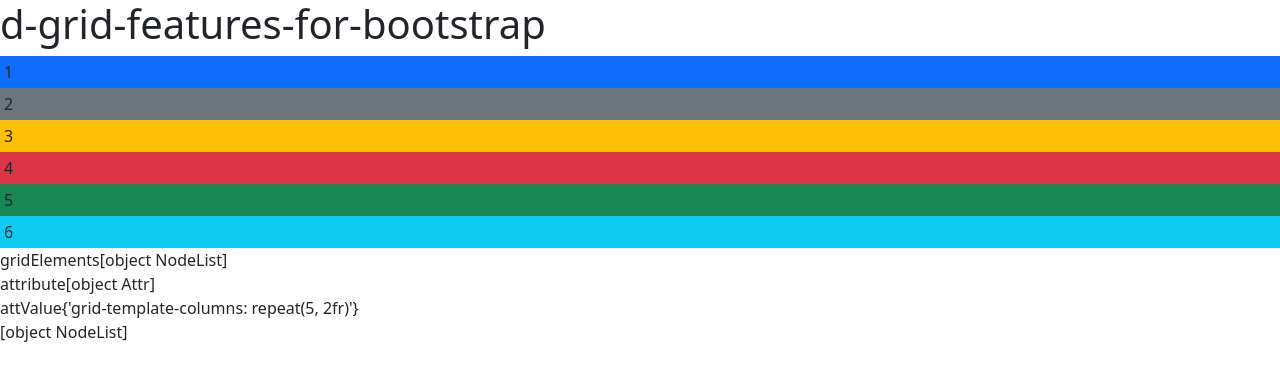
Repository: LynxPardelle/d-grid-features-for-bootstrap
Page: index.html
The author's editor kept a copy of each file at every save. The page is drawn from the files as they stood at one save, then again after the next save.
The browser window is 1280 px wide. The pictures show the whole page.

Above is the page before, as saved 2021-10-20 03:59:40.

### index.html
<!DOCTYPE html>
<html lang="en">
<head>
  <meta charset="UTF-8">
  <meta http-equiv="X-UA-Compatible" content="IE=edge">
  <meta name="viewport" content="width=device-width, initial-scale=1.0">
  <title>d-grid-features-for-bootstrap</title>
  <link href="https://cdn.jsdelivr.net/npm/bootstrap@5.1.3/dist/css/bootstrap.min.css" rel="stylesheet" integrity="sha384-1BmE4kWBq78iYhFldvKuhfTAU6auU8tT94WrHftjDbrCEXSU1oBoqyl2QvZ6jIW3" crossorigin="anonymous">
</head>
<body>
  <h1>d-grid-features-for-bootstrap</h1>

  <section class="d-grid bg-dark" data-gfbs="{'grid-template-columns: repeat(5, 2fr)'}">
    <div class="grid-element bg-primary p-1">
      1
    </div>
    <div class="grid-element bg-secondary p-1">
      2
    </div>
    <div class="grid-element bg-warning p-1">
      3
    </div>
    <div class="grid-element bg-danger p-1">
      4
    </div>
    <div class="grid-element bg-success p-1">
      5
    </div>
    <div class="grid-element bg-info p-1">
      6
    </div>
  </section>

  <div id="console">

  </div>

  <script src="https://cdn.jsdelivr.net/npm/bootstrap@5.1.3/dist/js/bootstrap.bundle.min.js" integrity="sha384-ka7Sk0Gln4gmtz2MlQnikT1wXgYsOg+OMhuP+IlRH9sENBO0LRn5q+8nbTov4+1p" crossorigin="anonymous"></script>
  <script src="./d-grid.js"></script>
</body>
</html>

### d-grid.js
"use strict";

let gridElements = document.querySelectorAll("[data-gfbs]");

document.getElementById("console").innerHTML += 'gridElements' + gridElements + '<br />';

console.log(gridElements);
for (let gridElement of gridElements) {
  for(let attribute of gridElement.attributes){
    if(attribute.localName.includes('gfbs')){
      let attValue = attribute.value;

      console.log(attribute);
document.getElementById("console").innerHTML += 'attribute' + attribute + '<br/>';
console.log(attValue);
      document.getElementById("console").innerHTML += 'attValue' + attValue + '<br/>';
    }
  }
}

/* for(let attribute of gridElements.attributes){
  if(attribute.localName.includes('gfbs')){
    console.log(attribute);
  }
} */

document.getElementById("console").innerHTML += gridElements;

After the next save:
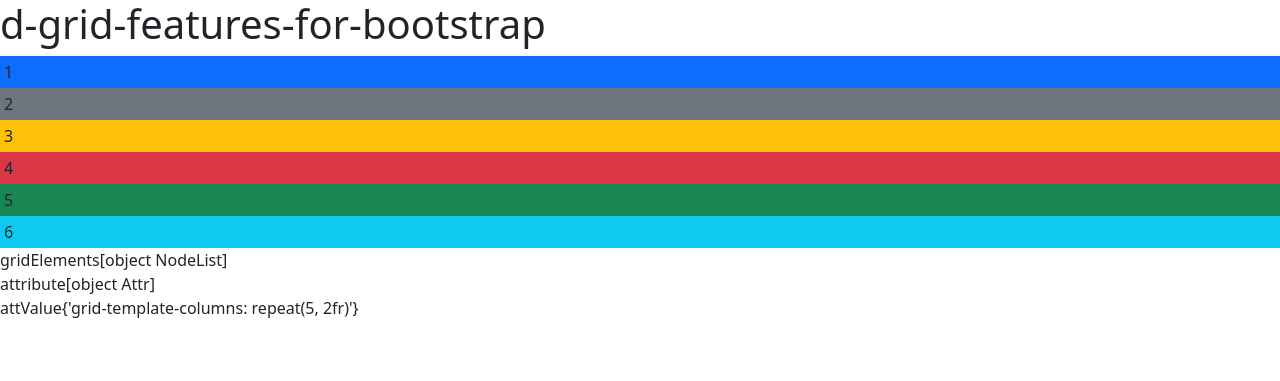
Saved 10 s later.
--- a/d-grid.js
+++ b/d-grid.js
@@ -23,5 +23,3 @@ console.log(attValue);
     console.log(attribute);
   }
 } */
-
-document.getElementById("console").innerHTML += gridElements;
